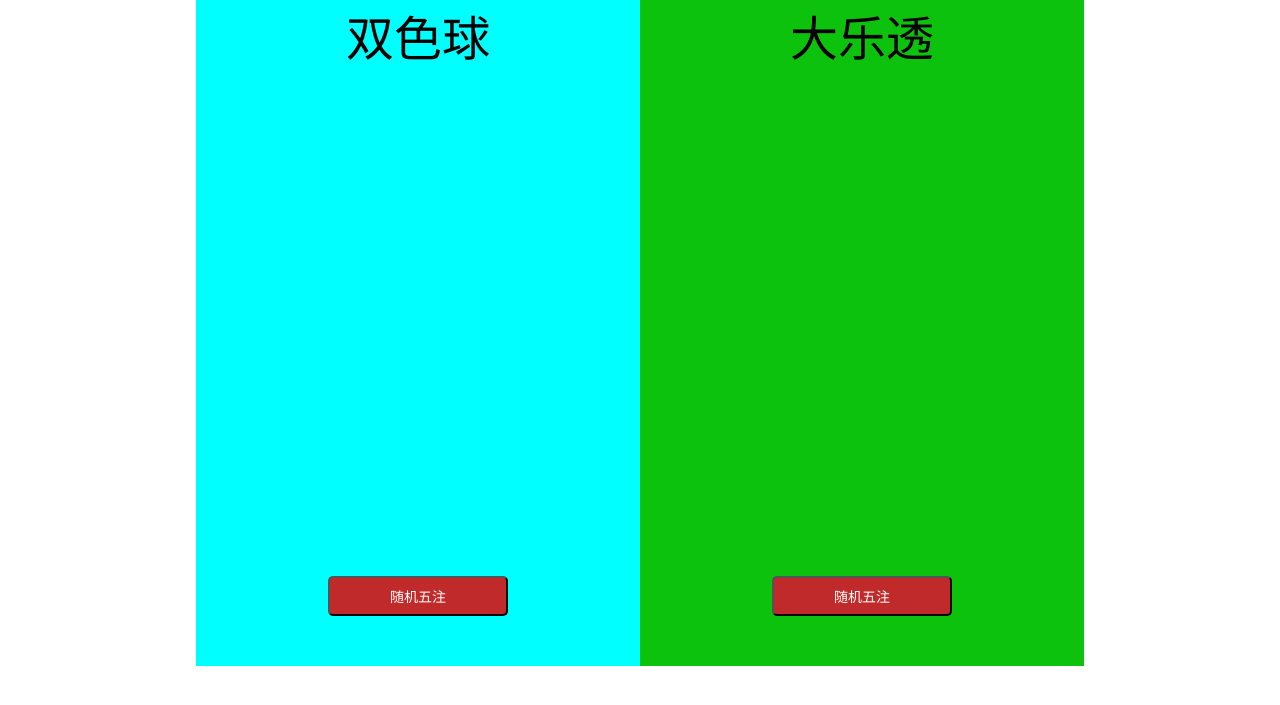
Repository: yz1181214391/caipiao-demo
Page: Cp.html
An editor plug-in stored every save of this project. The page is shown before and after the next save, followed by the edit.
The browser window is 1280 px wide. The pictures show the whole page.

Above is the page before, as saved 2020-12-14 11:15:10.

After the next save:
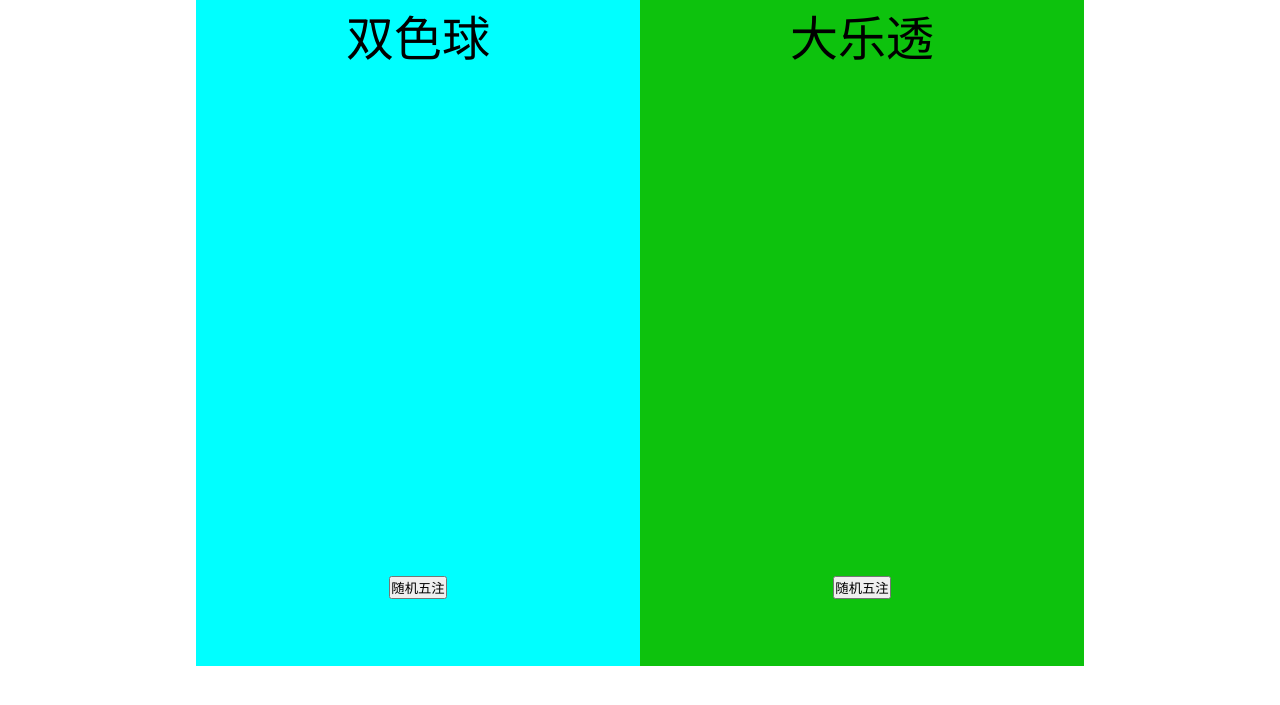
Saved 55 s later.
--- a/Cp.html
+++ b/Cp.html
@@ -95,14 +95,14 @@
         <div class="ssq-box cp-flex">
             <h3 class="cp-font">双色球</h3>
             <div class="content content1"></div>
-            <div class="button">
+            <div class="button1">
                 <input type="button" value="随机五注" onclick="fiveNumStr1()">
             </div>
         </div>
         <div class="dlt-box cp-flex">
             <h3 class="cp-font">大乐透</h3>
             <div class="content content2"></div>
-            <div class="button">
+            <div class="button2">
                 <input type="button" value="随机五注" onclick="fiveNumStr2()">
             </div>
         </div>

After the save that followed:
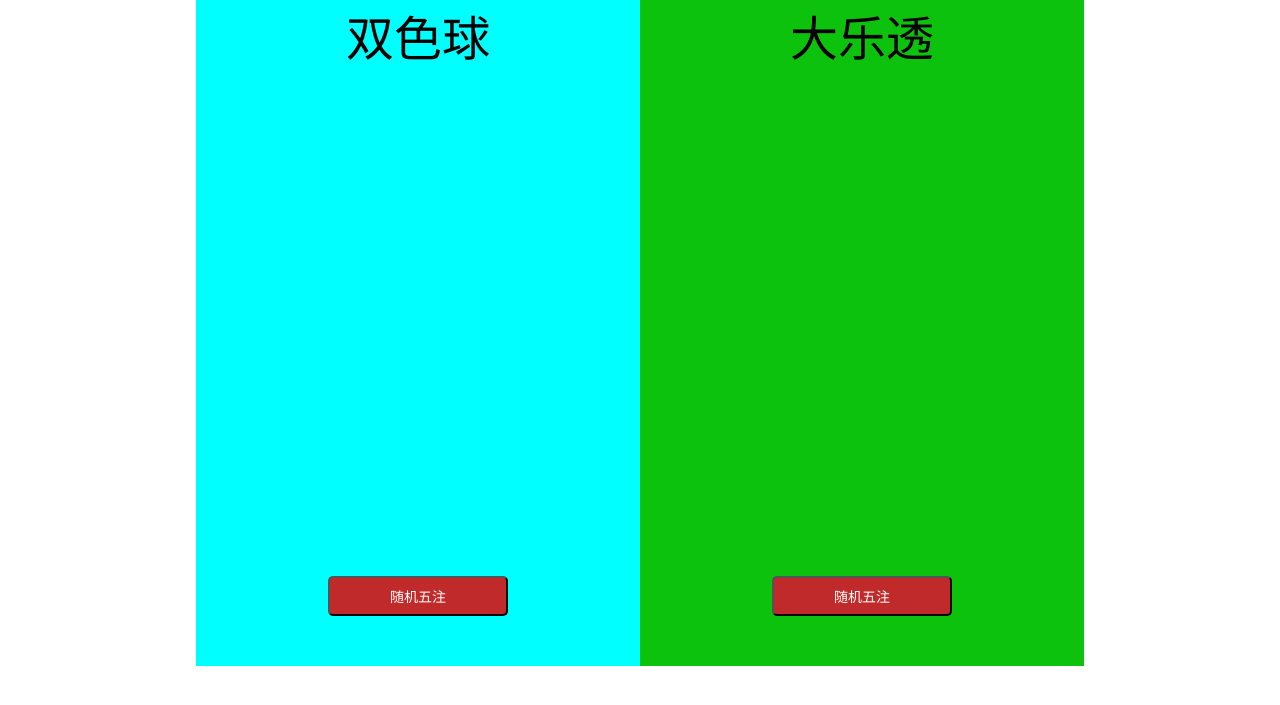
Saved 2 min 2 s later.
--- a/Cp.html
+++ b/Cp.html
@@ -95,14 +95,14 @@
         <div class="ssq-box cp-flex">
             <h3 class="cp-font">双色球</h3>
             <div class="content content1"></div>
-            <div class="button1">
+            <div class="button">
                 <input type="button" value="随机五注" onclick="fiveNumStr1()">
             </div>
         </div>
         <div class="dlt-box cp-flex">
             <h3 class="cp-font">大乐透</h3>
             <div class="content content2"></div>
-            <div class="button2">
+            <div class="button">
                 <input type="button" value="随机五注" onclick="fiveNumStr2()">
             </div>
         </div>
